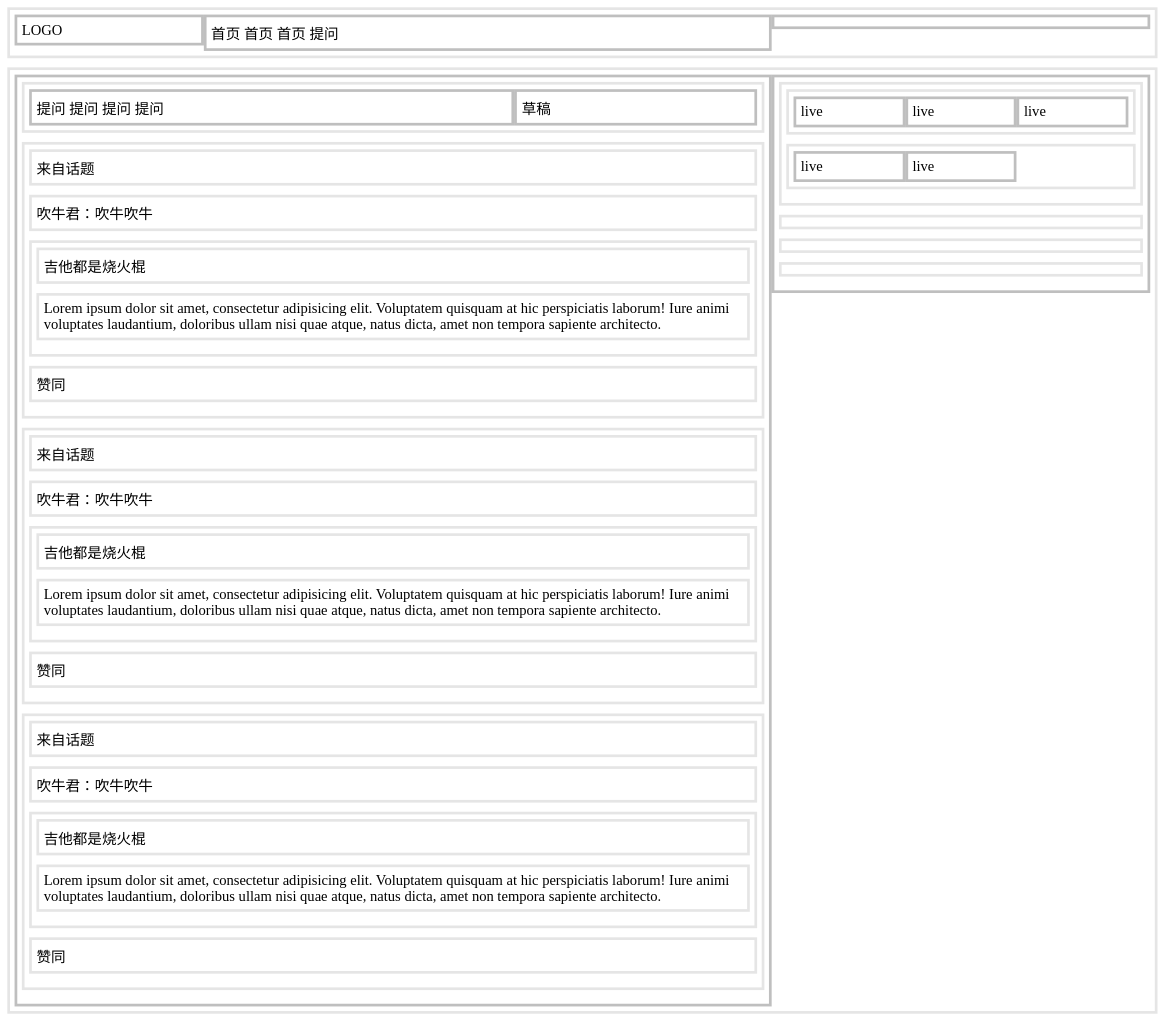
Repository: 0xbul1/biao-class-3
Page: practice/012-float-grid/zhihu.html
The author's editor kept a copy of each file at every save. The page is drawn from the files as they stood at one save, then again after the next save.
The browser window is 1280 px wide. The pictures show the whole page, at 91% of full size.

Above is the page before, as saved 2018-10-04 14:19:44.

### practice/012-float-grid/zhihu.html
<style>
    * {
        box-sizing: border-box;
    }
    .row {
        border: solid rgba(0, 0, 0, .1);
        margin-bottom: 10px;
        padding: 5px;
    }
    .row::before,
    .row::after {
        content: '';
        display: block;
        clear: both;
    }
    .col-1,
    .col-2,
    .col-3,
    .col-4,
    .col-5,
    .col-6,
    .col-7,
    .col-8,
    .col-9,
    .col-10,
    .col-11,
    .col-12,
    .col {
        float: left;
        padding: 5px;
        border: solid rgba(0, 0, 0, .25);
    }
    .col-1 {
        width: 8.333333333333333%;
    }
    .col-2 {
        width: 16.666666666666666%;
    }
    .col-3 {
        width: 25%;
    }
    .col-4 {
        width: 33.333333333333333%;
    }
    .col-5 {
        width: 41.666666666666666%;
    }
    .col-6 {
        width: 50%;
    }
    .col-7 {
        width: 58.333333333333333%;
    }
    .col-8 {
        width: 66.666666666666666%;
    }
    .col-9 {
        width: 75%;
    }
    .col-10 {
        width: 83.333333333333333%;
    }
    .col-11 {
        width: 91.666666666666666%;
    }
    .col-12 {
        width: 100%;
    }
</style>
<div class="row nav">
    <div class="col-2">LOGO</div>
    <div class="col-6"> 首页 首页 首页 提问</div>
    <div class="col-4"></div>
</div>
<div class="row">
    <div class="col-8 content">
        <div class="row tool">
            <div class="col-8"> 提问 提问 提问 提问</div>
            <div class="col-4">草稿</div>
        </div>
        <div class="row activity">
            <div class="row">来自话题</div>
            <div class="row">吹牛君：吹牛吹牛</div>
            <div class="row">
                <div class="row">吉他都是烧火棍</div>
                <div class="row">Lorem ipsum dolor sit amet, consectetur adipisicing elit. Voluptatem quisquam at hic perspiciatis laborum! Iure animi voluptates laudantium, doloribus ullam nisi quae atque, natus dicta, amet non tempora sapiente architecto.</div>
            </div>
            <div class="row">赞同</div>
        </div>
        <div class="row activity">
            <div class="row">来自话题</div>
            <div class="row">吹牛君：吹牛吹牛</div>
            <div class="row">
                <div class="row">吉他都是烧火棍</div>
                <div class="row">Lorem ipsum dolor sit amet, consectetur adipisicing elit. Voluptatem quisquam at hic perspiciatis laborum! Iure animi voluptates laudantium, doloribus ullam nisi quae atque, natus dicta, amet non tempora sapiente architecto.</div>
            </div>
            <div class="row">赞同</div>
        </div>
        <div class="row activity">
            <div class="row">来自话题</div>
            <div class="row">吹牛君：吹牛吹牛</div>
            <div class="row">
                <div class="row">吉他都是烧火棍</div>
                <div class="row">Lorem ipsum dolor sit amet, consectetur adipisicing elit. Voluptatem quisquam at hic perspiciatis laborum! Iure animi voluptates laudantium, doloribus ullam nisi quae atque, natus dicta, amet non tempora sapiente architecto.</div>
            </div>
            <div class="row">赞同</div>
        </div>
    </div>
    <div class="col-4 sidebar">
        <div class="row">
            <div class="row">
                <div class="col-4">live</div>
                <div class="col-4">live</div>
                <div class="col-4">live</div>
            </div>
            <div class="row">
                <div class="col-4">live</div>
                <div class="col-4">live</div>
            </div>
        </div>
        <div class="row"></div>
        <div class="row"></div>
        <div class="row"></div>
    </div>
</div>

After the next save:
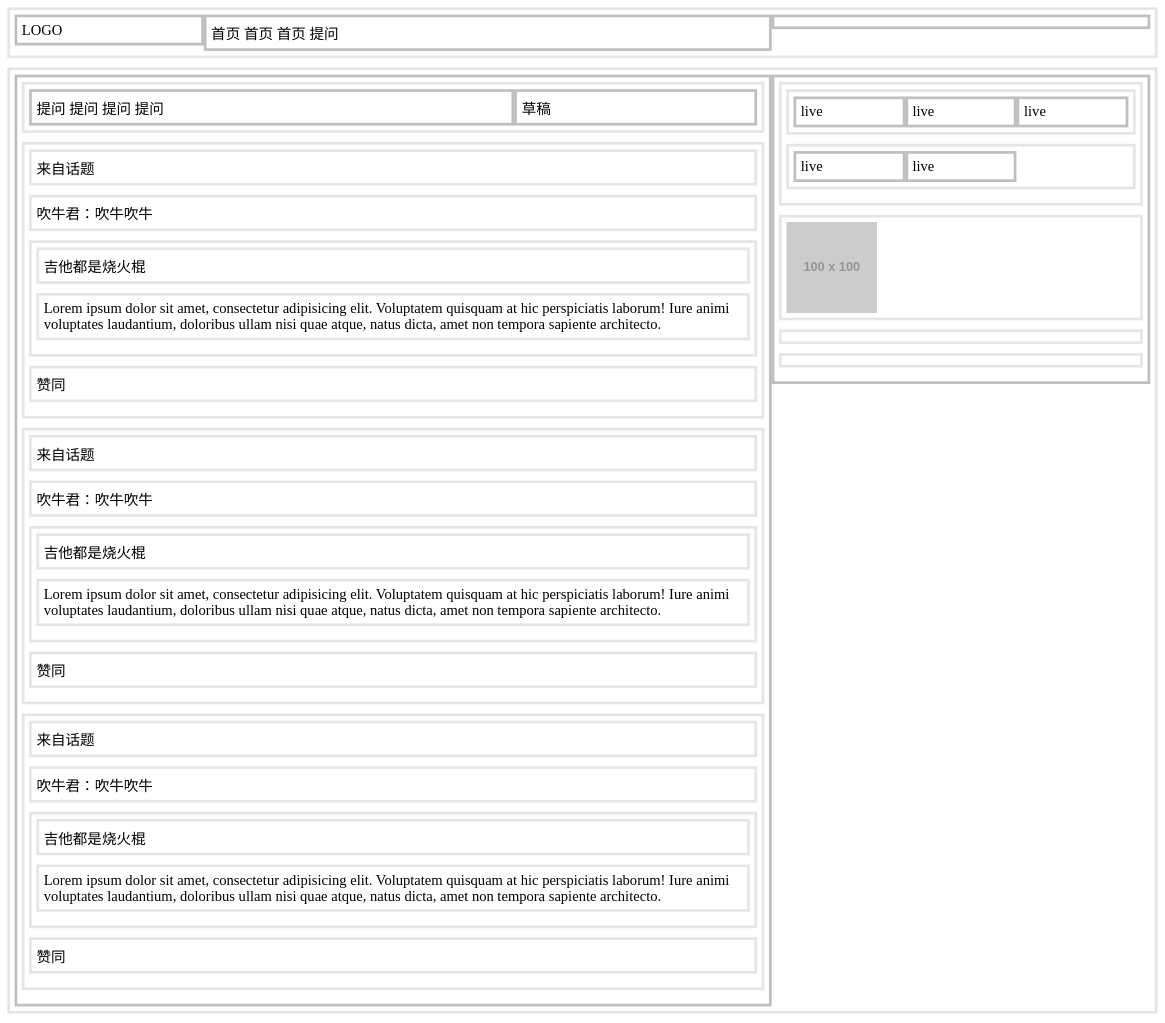
Saved 69 s later.
--- a/practice/012-float-grid/zhihu.html
+++ b/practice/012-float-grid/zhihu.html
@@ -118,7 +118,9 @@
                 <div class="col-4">live</div>
             </div>
         </div>
-        <div class="row"></div>
+        <div class="row">
+            <img src="http://dummyimage.com/100X100" alt="">
+        </div>
         <div class="row"></div>
         <div class="row"></div>
     </div>
